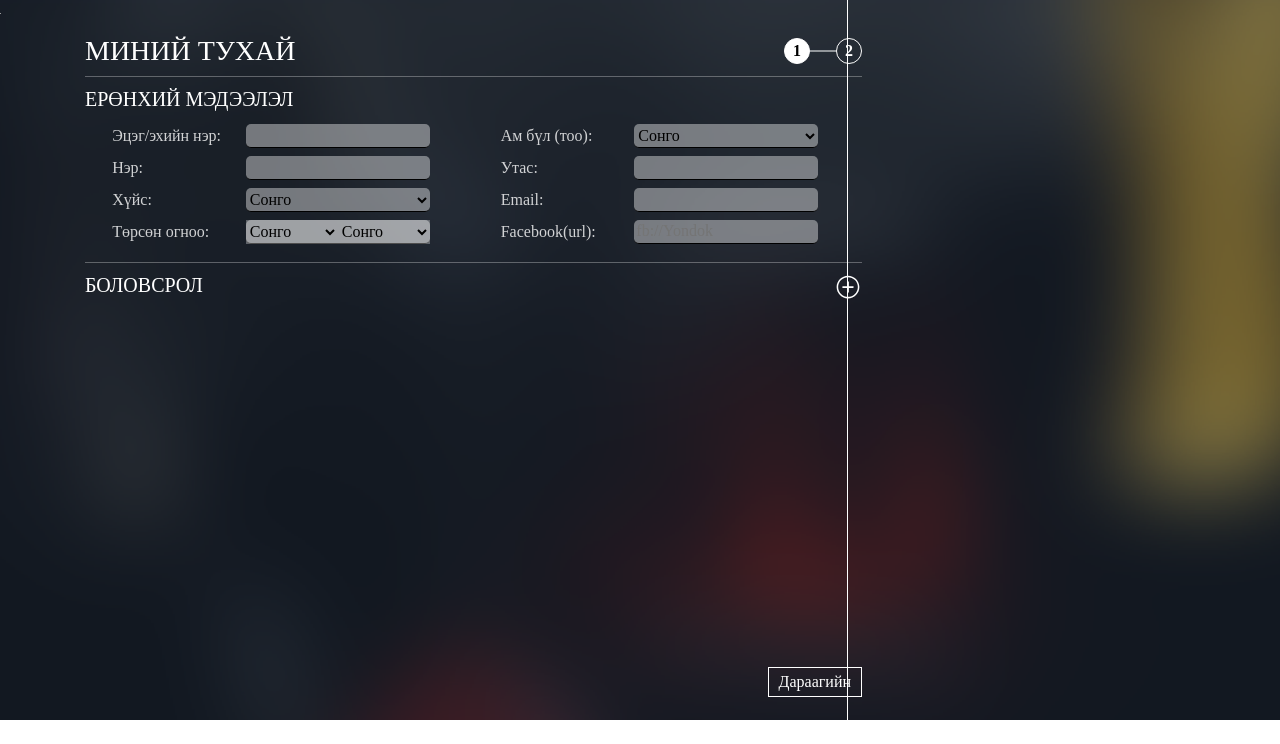
Repository: Yondo202/svProject
Page: /
The author's editor kept a copy of each file at every save. The page is drawn from the files as they stood at one save, then again after the next save.
The browser window is 1280 px wide. The pictures show the whole page.
The project was rebuilt for these pictures with package versions that can differ from the ones it lists, and the page was loaded fresh each time. The framework's server and built-in components were replaced by stand-ins that run in the browser. Also part of the build but not shown: next.config.js, style/style.scss.

Above is the page before, as saved 2020-11-20 10:37:35.

After the next save:
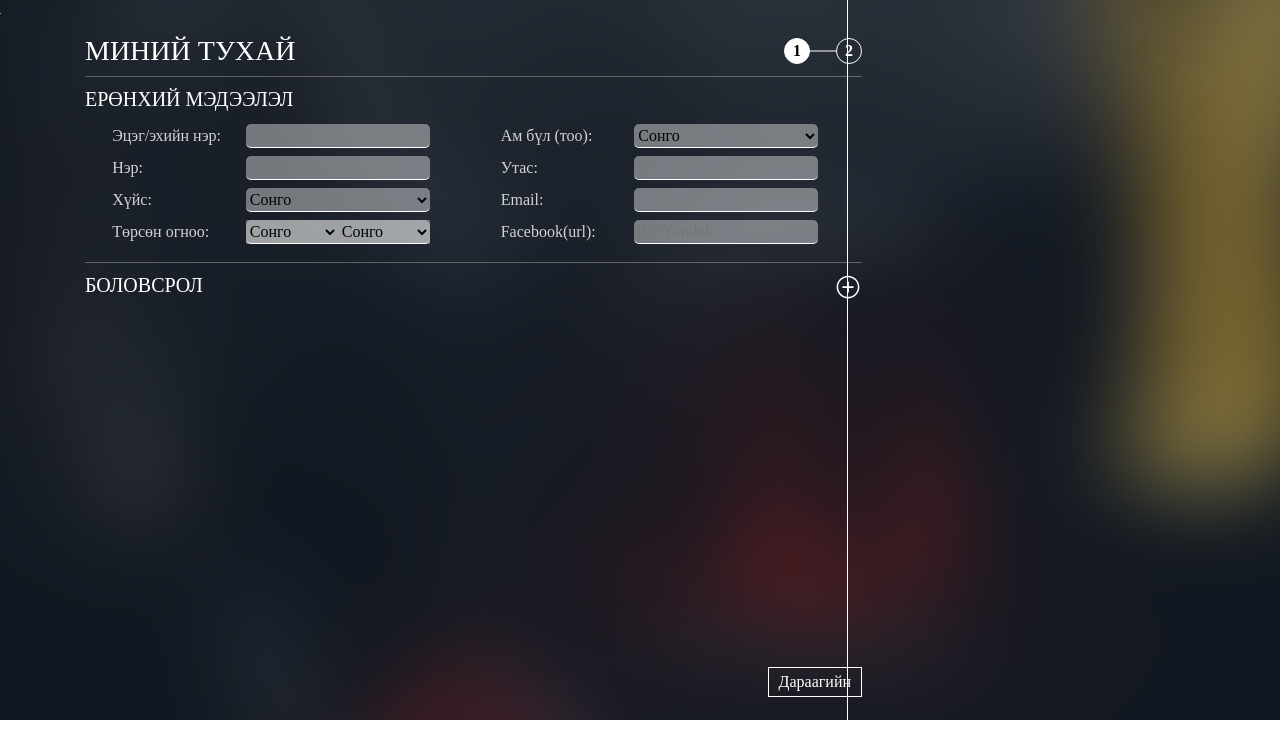
Saved 5 s later.
--- a/components/form1.js
+++ b/components/form1.js
@@ -181,7 +181,7 @@ const Conainer = styled.div`
                  }
                  .val{
                     border-style:none;
-                    border-bottom:solid 1px black;
+                    border-bottom:solid 1px white;
                     border-radius:5px;
                     width:55%;
                     background:rgba(255,255,255, 0.4);
